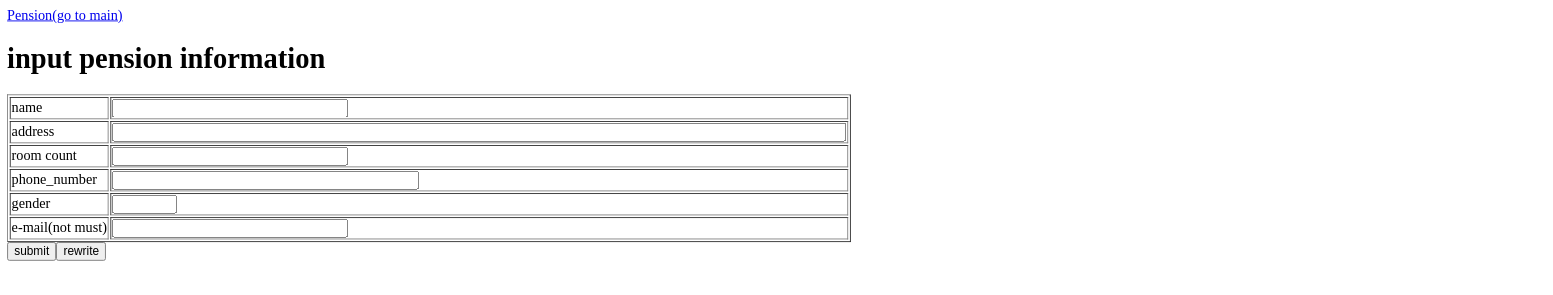
Repository: spero-spera/termproject
Page: http://localhost/pension/pension.php
The author's editor kept a record of every edit. The page is drawn from the files as they stood at one moment, then again after the next edit.
The browser window is 1280 px wide. The page is 1280 px wide, then 1745 px, so the pictures cover 1745 px, including what lies to the right of the window. The pictures show the whole page, at 89% of full size.
The page is run by PHP 8.4 with error messages shown; the project is at /var/www/html/.

Above is the page before.

After the next edit:
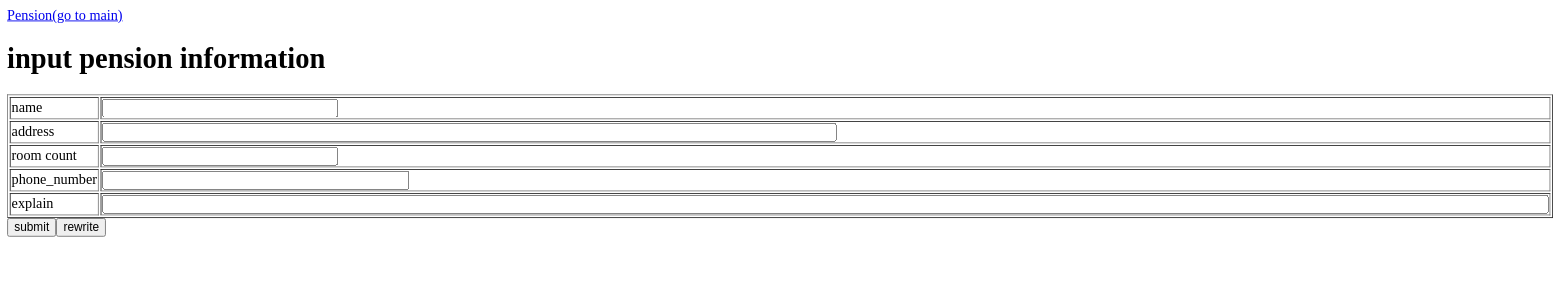
The edit:
--- a/pension/pension.php
+++ b/pension/pension.php
@@ -27,12 +27,8 @@
    <td><input type="text" size="40" name="phone"></td>
   </tr>
   <tr>
-   <td>gender</td>
-   <td><input type="text" size="6" maxlength="6" name="gender"></td>
-  </tr>
-  <tr>
-   <td>e-mail(not must)</td>
-   <td><input type="text" size="30" name="email"></td>
+   <td>explain</td>
+   <td><input type="text" size="200" name="expl"></td>
   </tr>
  </table>
  <input type=submit value="submit"><input type=reset value="rewrite">
